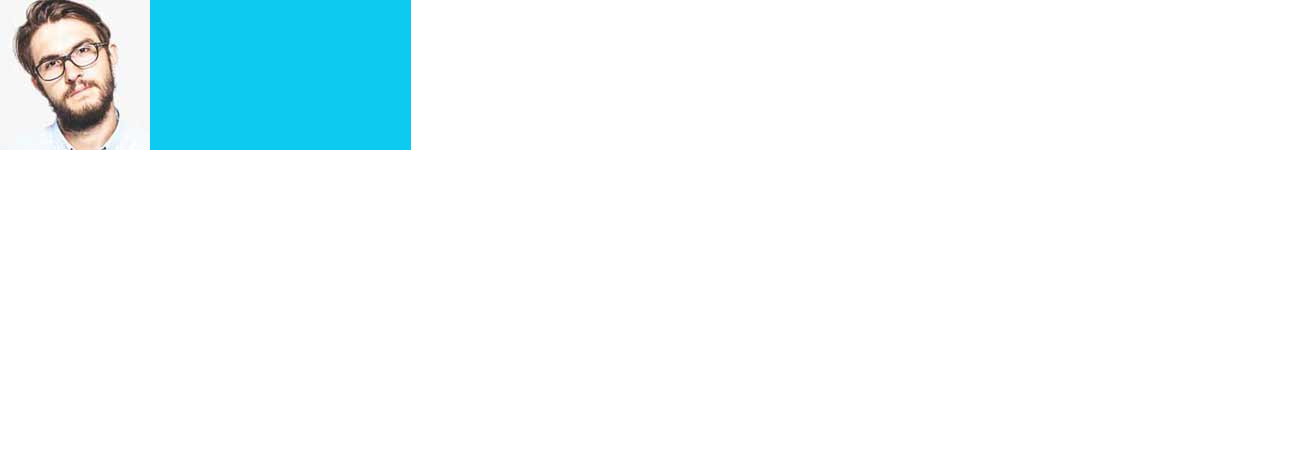
Repository: Ahmedalid/testing
Page: test.html
An editor plug-in stored every save of this project. The page is shown before and after the next save, followed by the edit.
The browser window is 1280 px wide. The page is 1292 px wide, so the pictures cover 1292 px, including what lies to the right of the window. The pictures show the whole page.

Above is the page before, as saved 2023-06-24 15:46:06.

### test.html
<!DOCTYPE html>
<html lang="en">
<head>
    <meta charset="UTF-8">
    <meta name="viewport" content="width=device-width, initial-scale=1.0">
    <link rel="stylesheet" href="bootstrap.min.css">
    <title>Document</title>
</head>
<body>

    <div class="row" id="my-row">
        <div class="col-md-4">
            <div class="bg-info">
                <img src="2 (1).jpg" alt="" >

            </div>
        </div>
    </div>



    <script src="bootstrap.bundle.min.js"></script>
    <script src="min.js"></script>

</body>
</html>

### min.js
// var x = Number( prompt("plz enter your number"))
// var y = Number( prompt("plz enter your Year"))
// var r = x + y
// console.log(r)


// var user = window.prompt("plz enter your username")

// if(user == "Admin"){
//     console.log("You Can add , Delete , edit , list");
// }
// else if(user == "Editor"){
//     console.log("You Can add  , list");
// }
// else if(user == "Viwer"){
//     console.log("You Can    list");
// }
// else {
//     console.log("Sorry");
// }

// var grade = window.prompt("plz enter grade")
// if (grade>0 && grade<= 100){
//     if(grade >= 85 && grade <=100){
//         console.log("A")
//     }
//      else if(grade >= 75 && grade <85){
//         console.log("B")
//     }
//      else if(grade >= 65 && grade <75){
//         console.log("C")
//     }
//      else if(grade >= 50 && grade <65){
//         console.log("D")
//     }else{
//         console.log("faill")
//     }
// }
// else{
//     console.log("FAIL")
// }

Loaded but not shown: bootstrap.min.css (library); bootstrap.bundle.min.js (library)

After the next save:
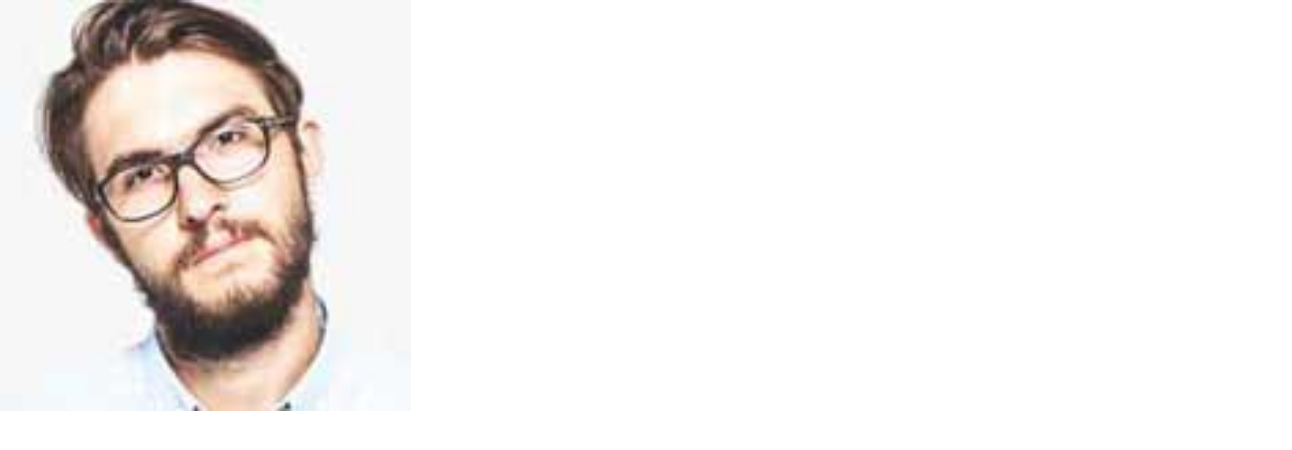
Saved 10 s later.
--- a/test.html
+++ b/test.html
@@ -11,7 +11,7 @@
     <div class="row" id="my-row">
         <div class="col-md-4">
             <div class="bg-info">
-                <img src="2 (1).jpg" alt="" >
+                <img src="2 (1).jpg" alt="" class="w-100">
 
             </div>
         </div>
